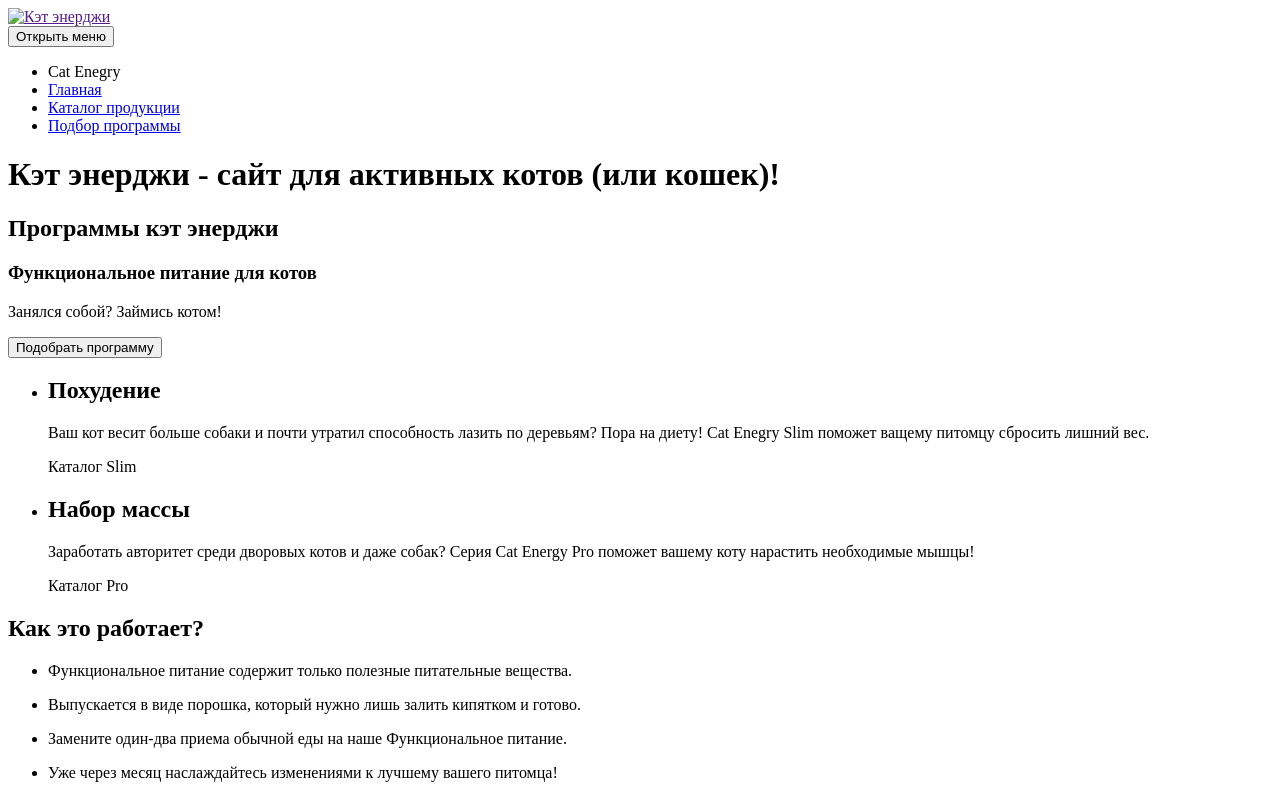
Repository: infernotw/1054987-cat-energy-17
Page: source/index.html
An editor plug-in stored every save of this project. The page is shown before and after the next save, followed by the edit.
The browser window is 1280 px wide. The pictures show the whole page.

Above is the page before, as saved 2019-07-17 04:26:23.

### source/index.html
<!DOCTYPE html>
<html lang="ru">

<head>
  <meta charset="utf-8">
  <title>HTML Academy: Кэт энерджи</title>
</head>

<body>

  <header class="page-header">
    <a href="" class="page-header__logo">
      <img src="#" alt="Кэт энерджи" width="" height="" class="page-header__logo-image">
    </a>
    <nav class="main-nav">
      <button class="main-nav__toggle" type="button">Открыть меню</button>
      <div class="main-nav__wrapper">
        <ul class="main-nav__list site-list">
          <li class="site-list__item">
            <a class="site-list__item site-list__item--active">Cat Enegry</a>
          </li>
          <li class="site-list__item">
            <a href="#">Главная</a>
          </li>
          <li class="site-list__item">
            <a href="catalog.html">Каталог продукции</a>
          </li>
          <li class="site-list__item">
            <a href="form.html">Подбор программы</a>
          </li>
        </ul>
      </div>
    </nav>
  </header>

  <main class="page-main">
    <h1 class="visually-hidden">Кэт энерджи - сайт для активных котов (или кошек)!</h1>
    <section class="program">
      <header class="program__header">
        <h2 class="visually-hidden">Программы кэт энерджи</h2>
        <h3 class="program__about">Функциональное питание для котов</h3>
        <p class="program__info">Занялся собой? Займись котом!</p>
        <button class="program__button" type="button">Подобрать программу</button>
      </header>
      <div class="program__wrapper">
        <ul class="program__list">
          <li class="program__item program__item--slim">
            <h2 class="program__title">Похудение</h2>
            <p class="program__description">Ваш кот весит больше собаки и почти утратил способность лазить по деревьям?
              Пора на диету! Cat Enegry Slim поможет ващему питомцу сбросить лишний вес.</p>
            <a class="program__button" type="button">Каталог Slim</a>
          </li>
          <li class="program__item program__item--pro">
            <h2 class="program__title">Набор массы</h2>
            <p caprogram__description">Заработать авторитет среди дворовых котов и даже собак? Серия Cat Energy Pro
              поможет вашему коту нарастить необходимые мышцы!</p>
            <a class="program__button">Каталог Pro</a>
          </li>
        </ul>
      </div>
    </section>
    <section class="how-it-works">
      <div class="how-it-works__wrapper">
        <h2 class="how-it-works__title">Как это работает?</h2>
        <ul class="how-it-works__list">
          <li class="how-it-works__item how-it-works__item--food">
            <p class="how-it-works__description">Функциональное питание содержит только полезные питательные вещества.
            </p>
          </li>
          <li class="how-it-works__item how-it-works__item--water">
            <p class="how-it-works__description">Выпускается в виде порошка, который нужно лишь залить кипятком и
              готово.</p>
          </li>
          <li class="how-it-works__item how-it-works__item--change">
            <p class="how-it-works__description">Замените один-два приема обычной еды на наше Функциональное питание.
            </p>
          </li>
          <li class="how-it-works__item how-it-works__item--time">
            <p class="how-it-works__description">Уже через месяц наслаждайтесь изменениями к лучшему вашего питомца!</p>
          </li>
        </ul>
      </div>


    </section>



  </main>

</body>

</html>

After the next save:
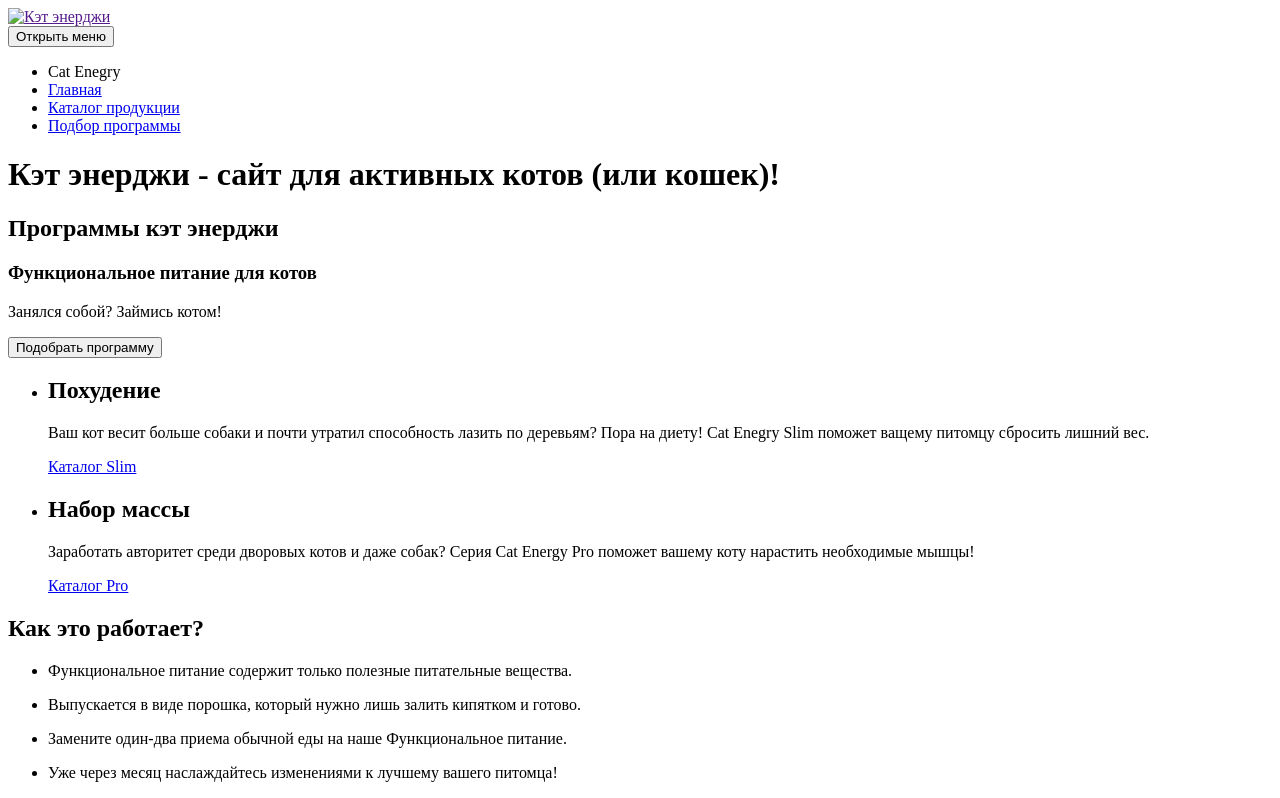
Saved 51 s later.
--- a/source/index.html
+++ b/source/index.html
@@ -48,13 +48,13 @@
             <h2 class="program__title">Похудение</h2>
             <p class="program__description">Ваш кот весит больше собаки и почти утратил способность лазить по деревьям?
               Пора на диету! Cat Enegry Slim поможет ващему питомцу сбросить лишний вес.</p>
-            <a class="program__button" type="button">Каталог Slim</a>
+            <a class="program__button" href="#">Каталог Slim</a>
           </li>
           <li class="program__item program__item--pro">
             <h2 class="program__title">Набор массы</h2>
-            <p caprogram__description">Заработать авторитет среди дворовых котов и даже собак? Серия Cat Energy Pro
+            <p class="program__description">Заработать авторитет среди дворовых котов и даже собак? Серия Cat Energy Pro
               поможет вашему коту нарастить необходимые мышцы!</p>
-            <a class="program__button">Каталог Pro</a>
+            <a class="program__button" href="#">Каталог Pro</a>
           </li>
         </ul>
       </div>
